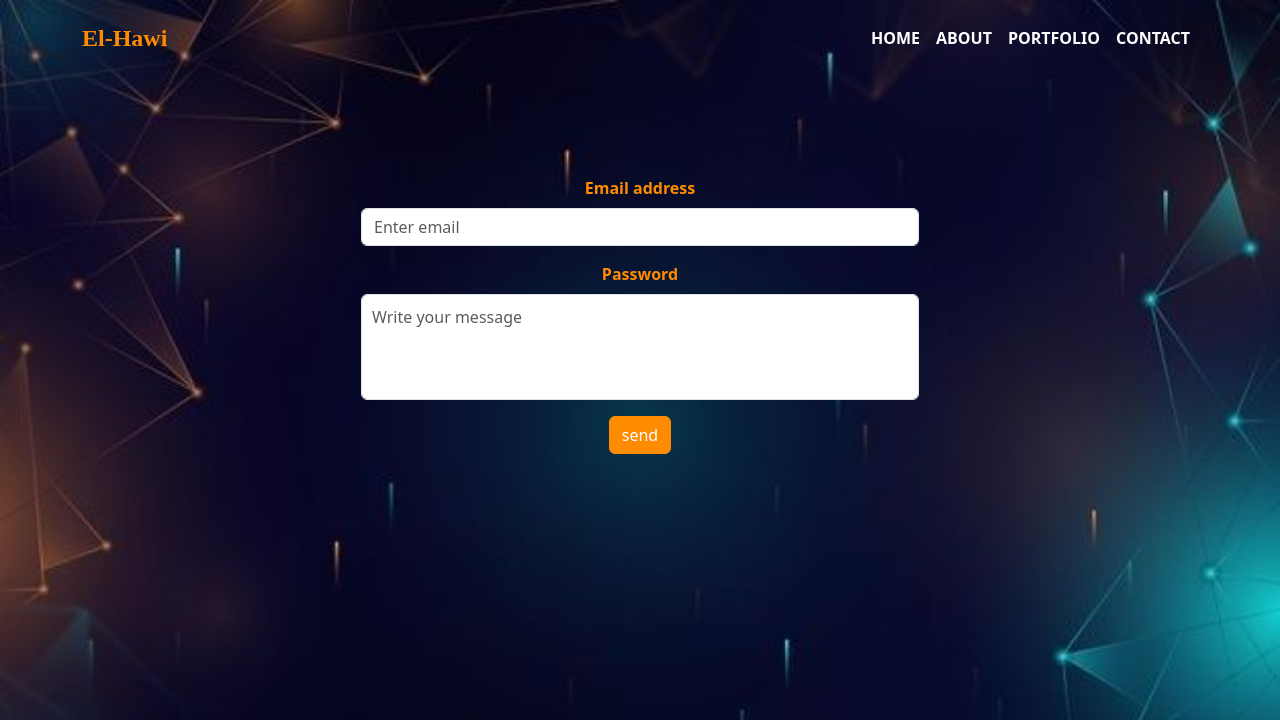
Repository: amralhawi123/Portfolio
Page: /contact
These files come from the project's save history. The page is drawn as it stood at one moment and after the next save; the edit follows.
The browser window is 1280 px wide. The pictures show the whole page.
The project was rebuilt for these pictures with package versions that can differ from the ones it lists, and the page was loaded fresh each time. Also part of the build but not shown: src/components/landing/landing.css, src/components/landing/landing.js, src/components/about/about.css, src/components/about/About.js, src/components/Portfolio/portfolio.css, src/components/Portfolio/Portfolio.js. Imported but missing from the stored project, and not drawn on this page: src/image/Amr Mahmoud Alhawi.pdf.

Above is the page before, as saved 2023-08-28 17:26:15.

### public/index.html
<!DOCTYPE html>
<html lang="en">
  <head>
    <meta charset="utf-8" />
    <link rel="icon" href="%PUBLIC_URL%/favicon.ico" />
    <meta name="viewport" content="width=device-width, initial-scale=1" />
    <meta name="theme-color" content="#000000" />
    <meta
      name="description"
      content="Web site created using create-react-app"
    />
    <link rel="stylesheet" href="https://cdnjs.cloudflare.com/ajax/libs/font-awesome/6.4.2/css/all.min.css" integrity="sha512-z3gLpd7yknf1YoNbCzqRKc4qyor8gaKU1qmn+CShxbuBusANI9QpRohGBreCFkKxLhei6S9CQXFEbbKuqLg0DA==" crossorigin="anonymous" referrerpolicy="no-referrer" />

    <link rel="apple-touch-icon" href="%PUBLIC_URL%/logo192.png" />
    <link rel="manifest" href="%PUBLIC_URL%/manifest.json" />
    <title>My Portfolio</title>
  </head>
  <body>
    <!-- <noscript>You need to enable JavaScript to run this app.</noscript> -->
    <div id="root"></div>

  </body>
</html>

### src/components/navbar/MayNav.js
import React from 'react'
import './Maynav.css'
import { Nav, Navbar } from 'react-bootstrap'

const MayNav = () => {
  return (
       <div className='myNav'>
      <Navbar    expand="lg" data-bs-theme="dark">
      <Navbar.Brand href="#home" className='fs-4'>El-Hawi</Navbar.Brand>
        <Navbar.Toggle aria-controls="basic-navbar-nav" />
        <Navbar.Collapse id="basic-navbar-nav">
        <Nav className="ms-auto links">
            <Nav.Link href="#home">HOME</Nav.Link>
            <Nav.Link href="#about">ABOUT</Nav.Link>
            <Nav.Link href="#portfolio">PORTFOLIO</Nav.Link>
            <Nav.Link href="#pricing">CONTACT</Nav.Link>
          </Nav>
        </Navbar.Collapse>
    </Navbar>
     </div>

  )
}

export default MayNav

### src/components/contact/contact.js
import React from 'react'
import './contact.css'
import { Button, Form } from 'react-bootstrap'
const Contact = () => {
  return (
    <div className='contact'>
       <Form>
      <Form.Group className="mb-3" controlId="formBasicEmail">
        <Form.Label>Email address</Form.Label>
        <Form.Control type="email" placeholder="Enter email" />
      </Form.Group>

      <Form.Group className="mb-3" controlId="formBasicPassword">
        <Form.Label>Password</Form.Label>
        <Form.Control type="text" className='heghit' placeholder="Write your message" />
      </Form.Group>
      <Button variant="primary" className='button' type="submit">
        send
      </Button>
    </Form>
    </div>
  )
}

export default Contact

### src/components/navbar/Maynav.css
.myNav .navbar-brand{
   font-weight: bold ;
   font-family: auto;
   color:darkorange;
}

.navbar-toggler{
   background-color: white !important;
}
@media (max-width:576px) {
   .navbar-toggler{
      display: none !important;
   }
   .collapse:not(.show) {
      display: block !important;
  }
}
.myNav .links a {
   display: flex;
    justify-content: center;
    align-items: center;
    height: 60px;
    padding: 0 20px;
    position: relative;
    transition: .2s;
    overflow: hidden;
    text-decoration: auto;
    color: white;
    font-weight: 700;
}
.myNav .links a::before{
   content: '';
   position: absolute;
   width: 100%;
   height: 3px;
   background-color: darkorange;
   top: 0;
   left: -100%;
   transition: .2s;
}
.myNav .links a:hover::before {
   left: 0;
}
@media (max-width:576px) {
   .navbar-toggler{
      display: none !important;
   }
   .collapse:not(.show) {
      display: block !important;
  }
  .navbar-nav {
    flex-direction: row !important;
  }
  .myNav .links a{
   padding: 0 15px;
  }
  .navbar{
   display: block !important;
   text-align: center;
  }
  .myNav .links a::before{
   top: 94%;
   left: -100%;
   transition: .2s;
}

}

### src/components/contact/contact.css
.contact{
   margin: 100px 0;
    text-align: center;
    display: flex;
    justify-content: center;
    align-items: center;
}

.form-label {
   margin-bottom: .5rem;
   color: darkorange;
   font-weight: bold;
}
form{
   width: 50%;
}
form .heghit{
   padding: 10px 0 70px 10px;
}
.button{
   background-color: darkorange !important;
   border-color: darkorange !important;
}

Loaded but not shown: src/index.js (common file); src/App.js (common file); src/index.css (common file)

After the next save:
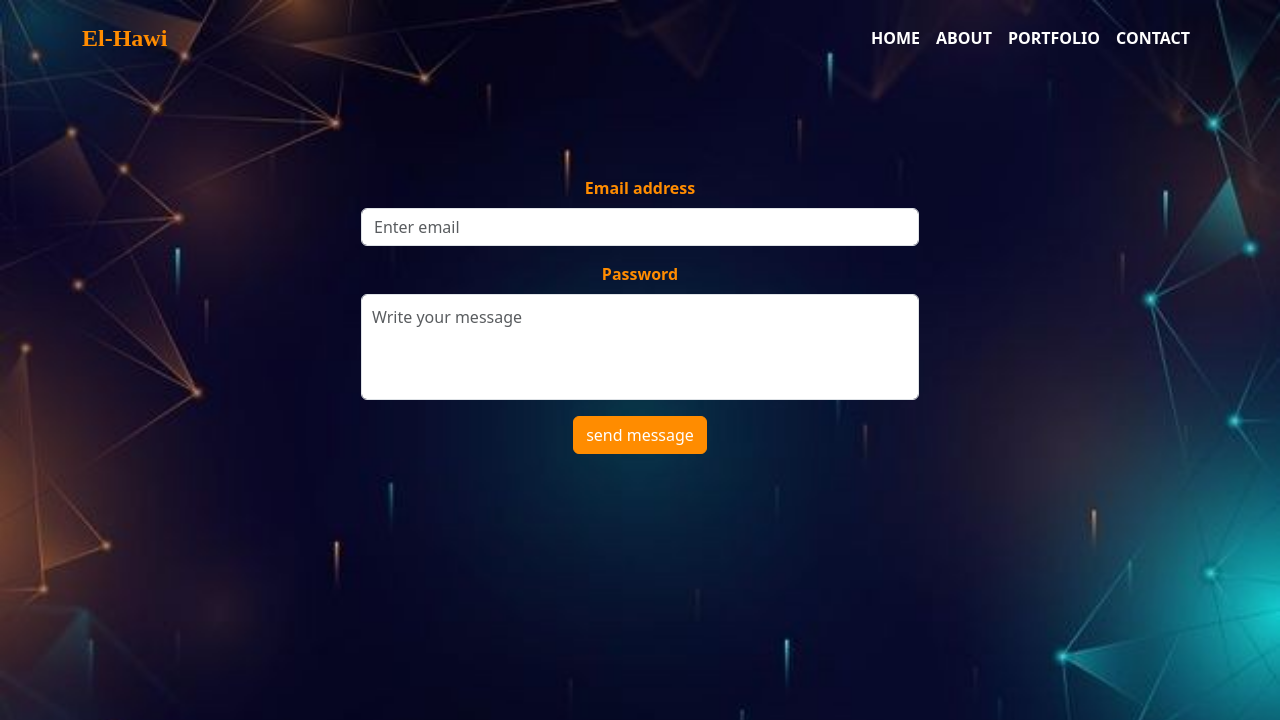
Saved 23 s later.
--- a/src/components/contact/contact.js
+++ b/src/components/contact/contact.js
@@ -15,7 +15,7 @@ const Contact = () => {
         <Form.Control type="text" className='heghit' placeholder="Write your message" />
       </Form.Group>
       <Button variant="primary" className='button' type="submit">
-        send
+        send message
       </Button>
     </Form>
     </div>
